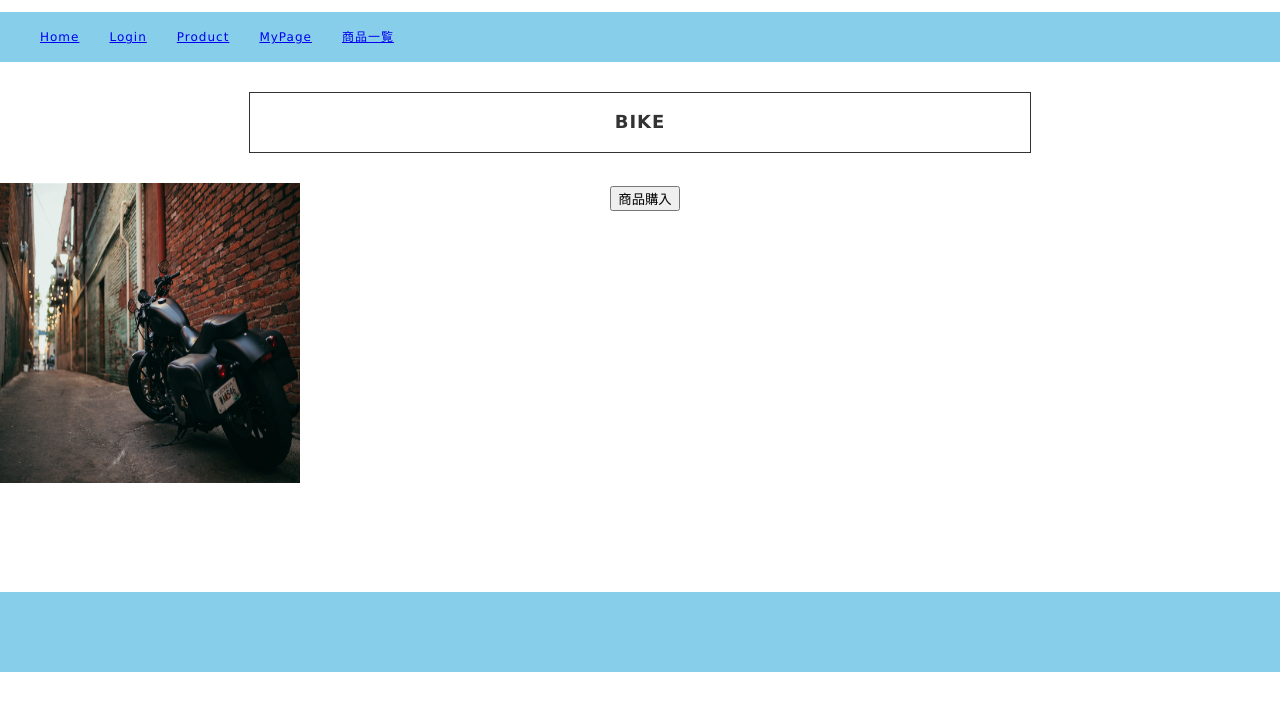
Repository: RYOYAEGAWA/test
Page: http://localhost/ecsite_a/
An editor plug-in stored every save of this project. The page is shown before and after the next save, followed by the edit.
The browser window is 1280 px wide. The pictures show the whole page.
The page is served by Tomcat 9.

Above is the page before, as saved 2018-05-19 14:44:17.

After the next save:
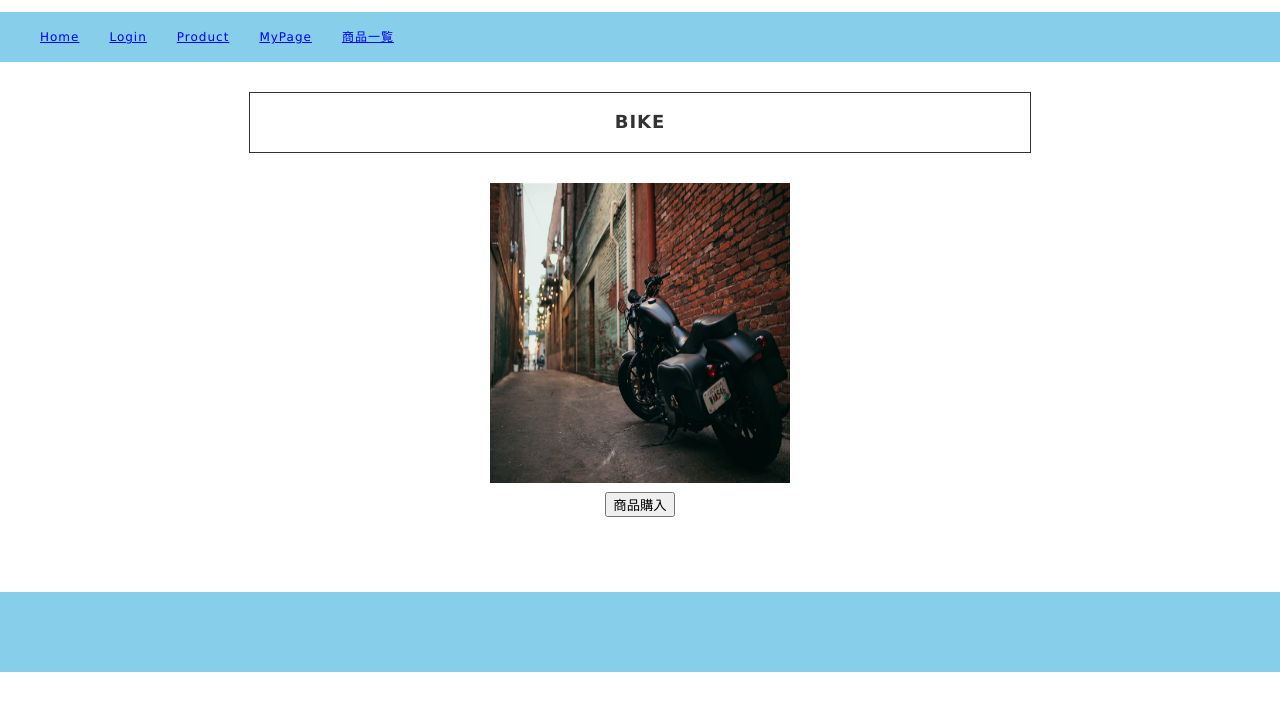
Saved 36 s later.
--- a/java/Eclipse_Data/ecsite_a/WebContent/home.jsp
+++ b/java/Eclipse_Data/ecsite_a/WebContent/home.jsp
@@ -58,12 +58,12 @@
 			text-align: center;
 			}
 
-			.HomeImage{
+			/* .HomeImage{
 			 display:block;
 			 margin:0 auto;
 			 height:10px;
 			 width:10px;
-			 float:left;
+			 float:left; */
 			/* margin-top:0px; */
 			/* margin-bottom:0px; */
 			/* z-index:5; */
